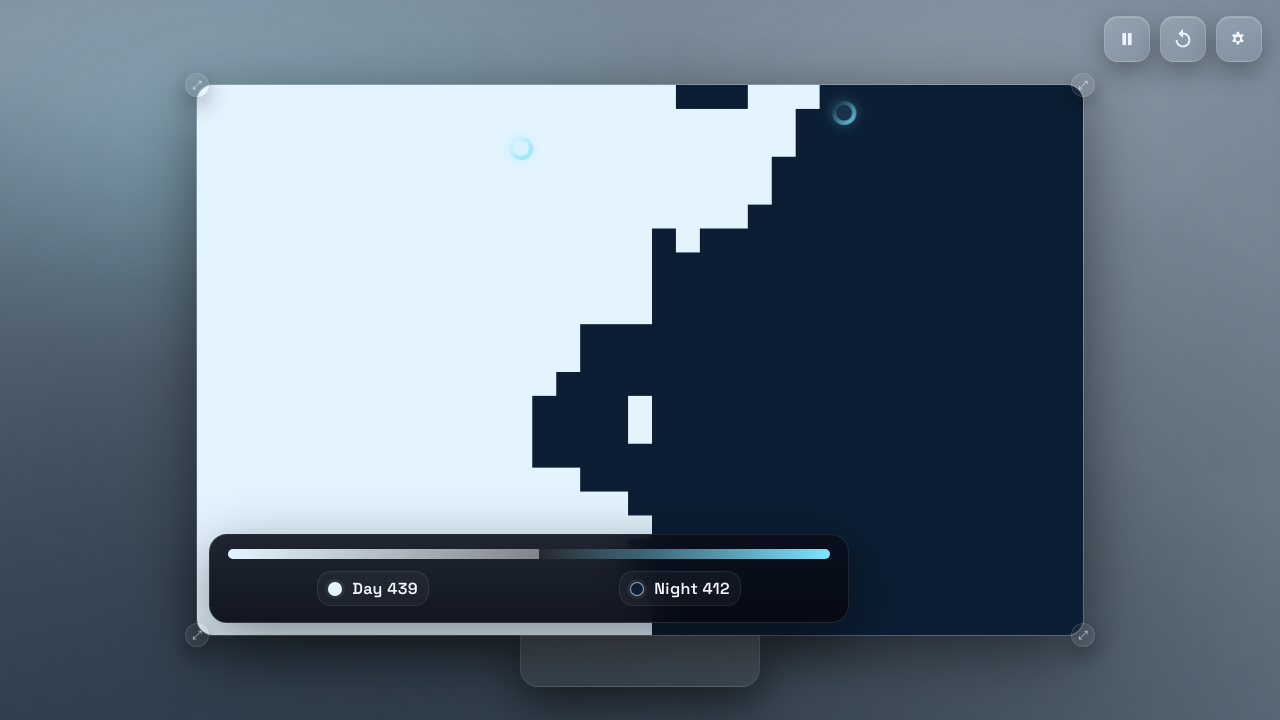
Repository: trevor050/pong
Page: index.html
An editor plug-in stored every save of this project. The page is shown before and after a run of saves, followed by the edit.
The browser window is 1280 px wide. The pictures show the whole page.

Above is the page before, as saved 2025-12-07 00:06:05.

### index.html
<!DOCTYPE html>
<html lang="en">
<head>
  <meta charset="UTF-8">
  <meta name="viewport" content="width=device-width, initial-scale=1.0">
  <title>Day / Nite Drift</title>
  <meta name="description" content="A calmer Pong Wars loop made for second screens.">
  <meta name="theme-color" content="#0b3a67">
  <meta name="mobile-web-app-capable" content="yes">
  <meta name="apple-mobile-web-app-capable" content="yes">
  <link rel="preconnect" href="https://fonts.googleapis.com">
  <link rel="preconnect" href="https://fonts.gstatic.com" crossorigin>
  <link href="https://fonts.googleapis.com/css2?family=Space+Grotesk:wght@400;500;600&family=Manrope:wght@400;600&display=swap" rel="stylesheet">
  <link rel="stylesheet" href="styles.css">
</head>
<body>
  <div class="bg"></div>
  <div class="chrome-controls" id="chromeControls">
    <button id="playPauseBtn" class="glass-icon" data-state="playing" aria-label="Pause" title="Pause">
      <svg class="icon-svg icon-play" viewBox="0 0 24 24" aria-hidden="true"><path d="M7 5.5v13l11-6.5L7 5.5Z" /></svg>
      <svg class="icon-svg icon-pause" viewBox="0 0 24 24" aria-hidden="true"><path d="M7 5.5h4v13H7zm6 0h4v13h-4z" /></svg>
    </button>
    <button id="resetBtn" class="glass-icon" aria-label="Reset simulation" title="Reset simulation">
      <svg class="icon-svg" viewBox="0 0 24 24" aria-hidden="true"><path d="M12 5V1L7 6l5 5V7c3.31 0 6 2.69 6 6s-2.69 6-6 6-6-2.69-6-6H4c0 4.42 3.58 8 8 8s8-3.58 8-8-3.58-8-8-8z"/></svg>
    </button>
    <button id="configBtn" class="glass-icon" aria-label="Open settings" title="Settings">
      <svg class="icon-svg" viewBox="0 0 24 24" aria-hidden="true"><path d="M9.5 4.3 9 6.7a5.9 5.9 0 0 0-1.2.7L5.8 6.4 4.5 8.7l1.9 1.4a5.7 5.7 0 0 0-.1 1 5.7 5.7 0 0 0 .1 1l-1.9 1.4 1.3 2.3 2-.9c.4.3.8.5 1.2.7l.5 2.4h2.6l.5-2.4c.4-.2.8-.4 1.2-.7l2 .9 1.3-2.3-1.9-1.4a5.7 5.7 0 0 0 .1-1 5.7 5.7 0 0 0-.1-1l1.9-1.4-1.3-2.3-2 .9c-.4-.3-.8-.5-1.2-.7L12.1 4h-2.6Zm1.3 5.2a2.5 2.5 0 1 1 0 5 2.5 2.5 0 0 1 0-5Z" /></svg>
    </button>
  </div>
  <main class="shell">
    <div class="canvas-frame" id="canvasFrame">
      <canvas id="gameCanvas" width="720" height="720"></canvas>
      <button class="fullscreen-hint" id="fullscreenHint" title="Enter fullscreen" aria-label="Enter fullscreen">
        <span class="hint-icon">⤢</span> <span class="hint-text">Fullscreen</span> <span class="hint-dismiss">✕</span>
      </button>
      <div class="score-notch" id="scoreNotch">
        <div class="score-notch__bar">
          <div class="score-notch__day"></div>
          <div class="score-notch__night"></div>
        </div>
        <div class="score-notch__labels">
          <span class="score-pair">
            <span class="pill pill--day" aria-hidden="true"></span>
            <span class="score" id="dayScoreLabel">Day 0</span>
          </span>
          <span class="score-pair">
            <span class="pill pill--night" aria-hidden="true"></span>
            <span class="score" id="nightScoreLabel">Night 0</span>
          </span>
        </div>
      </div>
      <div class="drag-handle corner-handle corner-handle--tl" data-corner="tl"></div>
      <div class="drag-handle corner-handle corner-handle--tr" data-corner="tr"></div>
      <div class="drag-handle corner-handle corner-handle--bl" data-corner="bl"></div>
      <div class="drag-handle corner-handle corner-handle--br" data-corner="br"></div>
    </div>
  </main>

  <div class="drawer-overlay" id="drawerOverlay" aria-hidden="true"></div>
  <aside class="drawer" id="configPanel" aria-label="Settings">
    <div class="drawer__header">
      <div>
        <p class="eyebrow">Settings</p>
        <h2>Dial it in</h2>
      </div>
      <button id="closeConfig" class="icon-btn" aria-label="Close settings" title="Close">×</button>
    </div>

    <div class="drawer__quick">
      <button id="drawerPlayPause" class="chip">Pause</button>
      <button id="drawerReset" class="chip">Reset</button>
      <button id="drawerFullscreen" class="chip">Fullscreen</button>
    </div>

    <label class="field">
      <span>Preset</span>
      <select id="themeSelect"></select>
    </label>

    <div class="field grid">
      <label>
        <span>Day</span>
        <input type="color" id="dayColorInput" value="#e4f4ff">
      </label>
      <label>
        <span>Night</span>
        <input type="color" id="nightColorInput" value="#0b1e33">
      </label>
    </div>

    <div class="field slider-field" title="Tile size / density">
      <div>
        <span>Tile size</span>
        <small id="tileSizeValue">22px</small>
      </div>
      <input type="range" id="tileSizeInput" min="0" max="100" step="1" value="45">
    </div>

    <div class="field slider-field" title="Overall speed mood (lofi → push)">
      <div>
        <span>Speed mood</span>
        <small id="speedValue">1.00x</small>
      </div>
      <input type="range" id="speedInput" min="0" max="100" step="1" value="40">
    </div>

    <div class="field slider-field" title="Chaos / wobble: more randomness to motion">
      <div>
        <span>Chaos / wobble</span>
        <small id="chaosValue">0.14</small>
      </div>
      <input type="range" id="chaosInput" min="0" max="100" step="1" value="40">
    </div>

        <div class="field">
      <span>Ball style</span>
      <select id="ballStyleSelect">
        <option value="ring">Simple Ring</option>
        <option value="solid">Solid Fill</option>
        <option value="design">Cool Design</option>
        <option value="artsy">Artsy Ghost</option>
      </select>
    </div>

    <div class="drawer__actions">
      <button id="scatterBtn" class="chip">Scatter start</button>
      <button id="swapSidesBtn" class="chip">Swap sides</button>
    </div>
  </aside>

  <script src="script.js" defer></script>
</body>
</html>

### styles.css
:root {
  --day: #f7f2e9;
  --night: #0b3a67;
  --accent: #f08c42;
  --ink: #0c1224;
  --muted: #9aa3b2;
  --panel: rgba(8, 12, 22, 0.78);
  --frost: rgba(255, 255, 255, 0.08);
  --frost-strong: rgba(255, 255, 255, 0.12);
  --radius: 16px;
  --glow: 0 16px 44px rgba(0, 0, 0, 0.5);
}

*,
*::before,
*::after {
  box-sizing: border-box;
}

body {
  margin: 0;
  min-height: 100vh;
  font-family: "Space Grotesk", "Manrope", system-ui, -apple-system, sans-serif;
  background: radial-gradient(120% 120% at 12% 10%, #0c1526, #050911 55%, #03070f 100%);
  color: #e9edf5;
  overflow: hidden;
}

.bg {
  position: fixed;
  inset: 0;
  pointer-events: none;
  background: radial-gradient(80% 70% at 18% 12%, rgba(255, 255, 255, 0.12), transparent 42%),
    radial-gradient(70% 70% at 78% 10%, rgba(255, 255, 255, 0.08), transparent 38%),
    radial-gradient(120% 120% at 50% 82%, rgba(0, 0, 0, 0.45), transparent 78%);
  opacity: 0.8;
}

.chrome-controls {
  position: fixed;
  top: 16px;
  right: 18px;
  display: flex;
  gap: 10px;
  z-index: 10;
  align-items: center;
}

.chrome-controls::before {
  content: "";
  position: absolute;
  inset: -10px -18px -10px -28px;
  border-radius: 22px 0 22px 22px;
  background: linear-gradient(120deg, rgba(255, 255, 255, 0.07), rgba(255, 255, 255, 0.02));
  border: 1px solid rgba(255, 255, 255, 0.12);
  box-shadow: var(--glow);
  opacity: 0;
  transition: opacity 120ms ease, transform 120ms ease;
  transform: translateY(4px);
  pointer-events: none;
}

.chrome-controls.hidden {
  opacity: 0;
  pointer-events: none;
}

.is-immersive .chrome-controls {
  right: 28px;
  top: 20px;
}

.is-immersive .chrome-controls::before {
  opacity: 1;
  transform: translateY(0);
  inset: -14px -24px -14px -44px;
  border-radius: 24px 0 20px 24px;
  background: linear-gradient(120deg, rgba(0, 0, 0, 0.35), rgba(255, 255, 255, 0.06));
  border-color: rgba(255, 255, 255, 0.16);
}

.shell {
  display: grid;
  place-items: center;
  padding: 24px;
  height: 100vh;
}

.canvas-frame {
  position: relative;
  border-radius: var(--radius);
  background: linear-gradient(150deg, rgba(255, 255, 255, 0.06), rgba(255, 255, 255, 0.02));
  border: 1px solid rgba(255, 255, 255, 0.08);
  backdrop-filter: blur(10px) saturate(120%);
  box-shadow: 0 18px 60px rgba(0, 0, 0, 0.48), inset 0 1px 0 rgba(255, 255, 255, 0.05);
  overflow: visible;
  display: flex;
  align-items: center;
  justify-content: center;
  min-width: 420px;
  min-height: 420px;
  max-width: calc(100vw - 48px);
  max-height: calc(100vh - 48px);
  isolation: isolate;
}

.canvas-frame::after {
  content: "";
  position: absolute;
  left: 50%;
  transform: translateX(-50%);
  bottom: -52px;
  width: 240px;
  height: 52px;
  border-radius: 0 0 18px 18px;
  background: linear-gradient(180deg, rgba(255, 255, 255, 0.12), rgba(255, 255, 255, 0.04));
  border: 1px solid rgba(255, 255, 255, 0.08);
  box-shadow: var(--glow);
  filter: drop-shadow(0 14px 32px rgba(0, 0, 0, 0.3));
  pointer-events: none;
  z-index: 0;
}

canvas {
  width: 100%;
  height: 100%;
  display: block;
  image-rendering: crisp-edges;
  border-radius: var(--radius);
  position: relative;
  z-index: 1;
}

.score-notch {
  position: absolute;
  left: 50%;
  transform: translateX(-50%);
  bottom: -32px;
  width: 86%;
  max-width: 640px;
  background: linear-gradient(180deg, rgba(10, 14, 26, 0.9), rgba(6, 10, 20, 0.95));
  border: 1px solid rgba(255, 255, 255, 0.1);
  border-radius: 28px;
  padding: 14px 18px 16px;
  box-shadow: 0 18px 60px rgba(0, 0, 0, 0.45);
  backdrop-filter: blur(16px) saturate(130%);
  z-index: 2;
}

.score-notch::before {
  content: "";
  position: absolute;
  top: -14px;
  left: 50%;
  transform: translateX(-50%);
  width: 44%;
  min-width: 210px;
  height: 16px;
  border-radius: 12px 12px 0 0;
  background: linear-gradient(180deg, rgba(255, 255, 255, 0.14), rgba(255, 255, 255, 0.06));
  border-left: 1px solid rgba(255, 255, 255, 0.14);
  border-right: 1px solid rgba(255, 255, 255, 0.14);
  box-shadow: 0 -6px 12px rgba(255, 255, 255, 0.04), 0 12px 28px rgba(0, 0, 0, 0.4);
}

.score-notch.overlay {
  left: 12px;
  right: 12px;
  transform: none;
  bottom: 12px;
  width: auto;
  border-radius: 18px;
}

.score-notch.overlay::before {
  display: none;
}

.is-immersive .canvas-frame::after {
  display: none;
}

.is-immersive .score-notch {
  position: fixed;
  left: 50%;
  transform: translateX(-50%);
  bottom: 24px;
  width: min(860px, 86vw);
  max-width: none;
  border-radius: 20px;
  box-shadow: 0 14px 48px rgba(0, 0, 0, 0.45);
}

.is-immersive .score-notch::before {
  display: none;
}

.is-immersive .score-notch.overlay {
  bottom: 16px;
}

.is-immersive .score-notch__labels {
  justify-content: space-between;
}

.is-immersive .score-notch__bar {
  height: 8px;
}

.score-notch__bar {
  position: relative;
  height: 10px;
  border-radius: 999px;
  overflow: hidden;
  background: rgba(255, 255, 255, 0.08);
  margin-bottom: 12px;
}

.score-notch__day,
.score-notch__night {
  position: absolute;
  top: 0;
  bottom: 0;
}

.score-notch__day {
  left: 0;
  background: linear-gradient(90deg, var(--day), rgba(255, 255, 255, 0.4));
}

.score-notch__night {
  right: 0;
  background: linear-gradient(90deg, rgba(0, 0, 0, 0.2), var(--accent));
}

.score-notch__labels {
  display: flex;
  justify-content: space-around;
  align-items: center;
  gap: 12px;
}

.score {
  font-weight: 600;
  letter-spacing: 0.35px;
  color: #f5f8ff;
}

.score-pair {
  display: inline-flex;
  align-items: center;
  gap: 10px;
  padding: 6px 10px;
  border-radius: 14px;
  background: rgba(255, 255, 255, 0.04);
  border: 1px solid rgba(255, 255, 255, 0.08);
}

.pill {
  width: 14px;
  height: 14px;
  border-radius: 50%;
  border: 1px solid rgba(255, 255, 255, 0.6);
  box-shadow: 0 0 0 3px rgba(255, 255, 255, 0.06);
}

.pill--day {
  background: var(--day);
}

.pill--night {
  background: var(--night);
}

.chip {
  border: 1px solid rgba(255, 255, 255, 0.15);
  background: rgba(255, 255, 255, 0.04);
  color: #f9fbff;
  padding: 8px 12px;
  border-radius: 999px;
  font-weight: 600;
  letter-spacing: 0.2px;
  cursor: pointer;
  box-shadow: 0 10px 24px rgba(0, 0, 0, 0.28);
}

.chip--accent {
  background: var(--accent);
  color: #0d0f1a;
  border: none;
}

.glass-icon {
  width: 46px;
  height: 46px;
  border-radius: 14px;
  border: 1px solid rgba(255, 255, 255, 0.18);
  background: linear-gradient(150deg, rgba(255, 255, 255, 0.18), rgba(255, 255, 255, 0.06));
  color: #f6f8ff;
  box-shadow: 0 10px 26px rgba(0, 0, 0, 0.3), inset 0 1px 0 rgba(255, 255, 255, 0.2);
  backdrop-filter: blur(12px) saturate(120%);
  display: grid;
  place-items: center;
  cursor: pointer;
  transition: transform 120ms ease, box-shadow 120ms ease, border-color 120ms ease;
}

.glass-icon--accent {
  background: linear-gradient(150deg, rgba(240, 140, 66, 0.4), rgba(255, 255, 255, 0.08));
  border-color: rgba(240, 140, 66, 0.5);
  color: #0f0c11;
}

.glass-icon.is-active {
  box-shadow: 0 12px 30px rgba(0, 0, 0, 0.4);
  border-color: rgba(255, 255, 255, 0.3);
}

.glass-icon:hover {
  transform: translateY(-1px);
  box-shadow: 0 14px 30px rgba(0, 0, 0, 0.34);
}

.glass-icon:active {
  transform: translateY(0);
}

.icon-svg {
  width: 22px;
  height: 22px;
  fill: currentColor;
  opacity: 0.94;
}

#playPauseBtn[data-state="playing"] .icon-play {
  display: none;
}

#playPauseBtn[data-state="paused"] .icon-pause {
  display: none;
}

body.drawer-open #chromeControls {
  opacity: 0;
  pointer-events: none;
}

.drawer {
  position: fixed;
  top: 0;
  right: -360px;
  width: 320px;
  height: 100vh;
  padding: 18px 18px 22px;
  background: var(--panel);
  backdrop-filter: blur(14px) saturate(120%);
  border-left: 1px solid rgba(255, 255, 255, 0.08);
  box-shadow: -8px 0 30px rgba(0, 0, 0, 0.35);
  display: flex;
  flex-direction: column;
  gap: 12px;
  transition: right 0.18s ease-out;
  z-index: 9;
}

.drawer-overlay {
  position: fixed;
  inset: 0;
  background: rgba(0, 0, 0, 0.36);
  backdrop-filter: blur(4px);
  opacity: 0;
  pointer-events: none;
  transition: opacity 0.18s ease-out;
  z-index: 8;
}

.drawer-overlay.visible {
  opacity: 1;
  pointer-events: auto;
}

.drawer__quick {
  display: grid;
  grid-template-columns: repeat(3, minmax(0, 1fr));
  gap: 8px;
}

.drawer.open {
  right: 0;
}

.drawer__header {
  display: flex;
  justify-content: space-between;
  align-items: center;
  gap: 10px;
}

.eyebrow {
  text-transform: uppercase;
  letter-spacing: 1.2px;
  font-size: 11px;
  color: var(--muted);
  margin: 0 0 4px;
}

h2 {
  margin: 0;
  font-weight: 600;
  letter-spacing: 0.2px;
}

.field {
  display: flex;
  flex-direction: column;
  gap: 8px;
}

.field + .field {
  margin-top: 6px;
}

.field span {
  color: #f4f5f7;
  font-weight: 600;
}

.field small {
  color: var(--muted);
}

.field.grid {
  display: grid;
  grid-template-columns: repeat(2, minmax(0, 1fr));
  gap: 10px;
}

.field.grid label {
  gap: 10px;
  padding-top: 6px;
}

input[type="color"],
select,
input[type="range"] {
  width: 100%;
  border-radius: 10px;
  border: 1px solid rgba(255, 255, 255, 0.1);
  background: rgba(255, 255, 255, 0.04);
  color: #f8f9fb;
  padding: 10px;
  font: inherit;
}

input[type="color"] {
  padding: 4px;
  height: 44px;
}

select {
  cursor: pointer;
}

.slider-field input[type="range"] {
  -webkit-appearance: none;
  appearance: none;
  height: 12px;
  background: rgba(255, 255, 255, 0.1);
  border-radius: 999px;
  padding: 0;
}

.slider-field input[type="range"]::-webkit-slider-thumb {
  -webkit-appearance: none;
  appearance: none;
  width: 20px;
  height: 20px;
  border-radius: 50%;
  background: var(--accent);
  border: 2px solid #0c1224;
  cursor: pointer;
}

.slider-field input[type="range"]::-moz-range-thumb {
  width: 20px;
  height: 20px;
  border-radius: 50%;
  background: var(--accent);
  border: 2px solid #0c1224;
  cursor: pointer;
}

.drawer__actions {
  display: flex;
  gap: 8px;
  margin-top: auto;
}

.icon-btn {
  width: 32px;
  height: 32px;
  border-radius: 10px;
  border: 1px solid rgba(255, 255, 255, 0.18);
  background: rgba(255, 255, 255, 0.06);
  color: #f9fafc;
  font-size: 20px;
  cursor: pointer;
  box-shadow: 0 8px 22px rgba(0, 0, 0, 0.28);
}

.drag-handle {
  position: absolute;
  background: transparent;
  z-index: 5;
}

.corner-handle {
  width: 24px;
  height: 24px;
  border-radius: 50%;
  border: 1px solid rgba(255, 255, 255, 0.12);
  background: rgba(255, 255, 255, 0.05);
  box-shadow: 0 8px 22px rgba(0, 0, 0, 0.35);
  display: grid;
  place-items: center;
}

.corner-handle::after {
  content: "⤢";
  color: rgba(255, 255, 255, 0.7);
  font-size: 12px;
  line-height: 1;
}

.corner-handle--tl {
  top: -12px;
  left: -12px;
  cursor: nwse-resize;
}

.corner-handle--tr {
  top: -12px;
  right: -12px;
  cursor: nesw-resize;
}

.corner-handle--bl {
  bottom: -12px;
  left: -12px;
  cursor: nesw-resize;
}

.corner-handle--br {
  bottom: -12px;
  right: -12px;
  cursor: nwse-resize;
}

.fullscreen-hint {
  position: absolute;
  top: 10px;
  left: 10px;
  padding: 8px 12px;
  border-radius: 14px;
  border: 1px solid rgba(255, 255, 255, 0.14);
  background: rgba(0, 0, 0, 0.5);
  color: #f4f7ff;
  font-weight: 600;
  letter-spacing: 0.2px;
  box-shadow: 0 12px 32px rgba(0, 0, 0, 0.36);
  display: flex;
  align-items: center;
  gap: 8px;
  cursor: pointer;
  opacity: 0;
  pointer-events: none;
  transition: opacity 140ms ease, transform 140ms ease;
  transform: translateY(-4px);
  z-index: 3;
}

.fullscreen-hint.visible {
  opacity: 1;
  pointer-events: auto;
  transform: translateY(0);
}

.hint-icon {
  font-size: 14px;
  opacity: 0.9;
}

.hint-text {
  font-size: 13px;
}

.hint-dismiss {
  font-size: 12px;
  opacity: 0.7;
}

.field span {
  padding-bottom: 2px;
  line-height: 1.25;
}

@media (max-width: 900px) {
  .shell {
    padding: 12px;
  }

  .canvas-frame {
    max-width: 95vw;
    max-height: 70vh;
  }

  .drawer {
    width: 100%;
    right: -100%;
  }
}

Loaded but not shown: script.js (739 lines, source omitted)

After the next 2 saves:
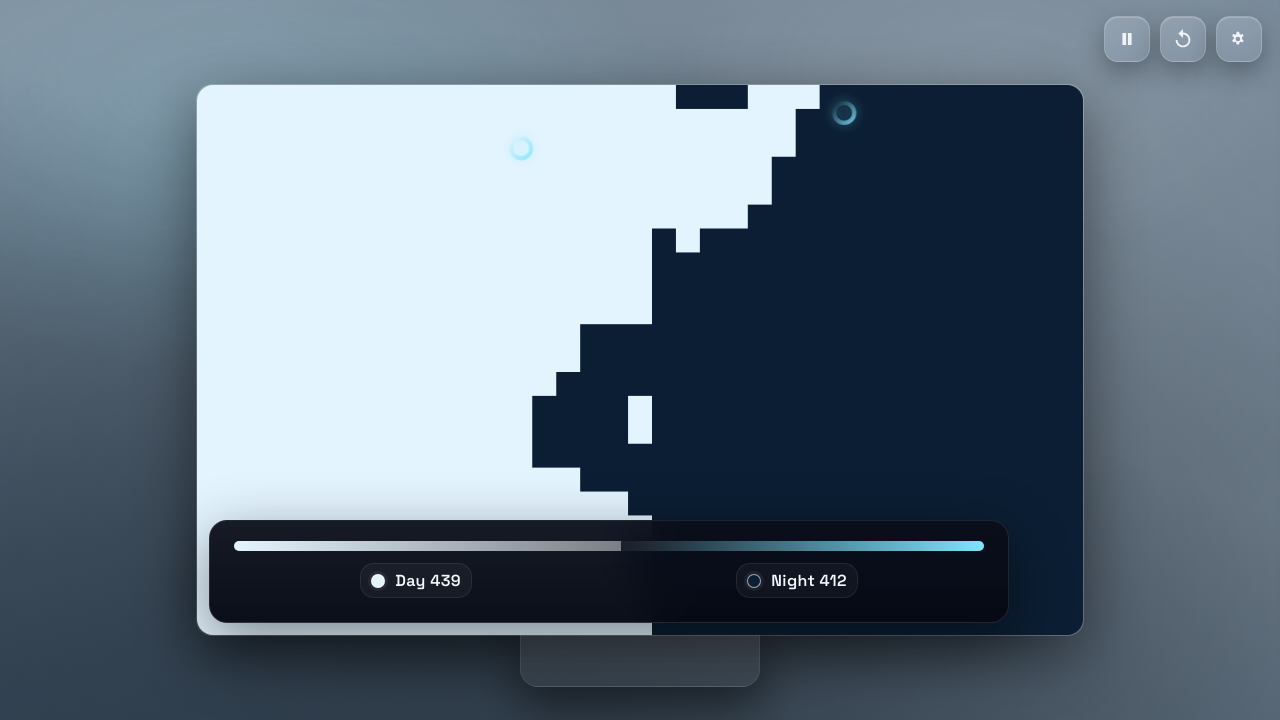
The 2 saves are shown as one change because they came seconds apart.
The last was saved 34 s later.
--- a/styles.css
+++ b/styles.css
@@ -66,17 +66,54 @@ body {
 }
 
 .is-immersive .chrome-controls {
-  right: 28px;
-  top: 20px;
+  right: 0;
+  top: 0;
+  background: #1a1a1a; /* Dark background for the notch */
+  border-bottom-left-radius: 16px;
+  padding: 8px 12px 8px 16px;
+  gap: 8px;
+  box-shadow: -4px 4px 12px rgba(0,0,0,0.3);
 }
 
 .is-immersive .chrome-controls::before {
-  opacity: 1;
-  transform: translateY(0);
-  inset: -14px -24px -14px -44px;
-  border-radius: 24px 0 20px 24px;
-  background: linear-gradient(120deg, rgba(0, 0, 0, 0.35), rgba(255, 255, 255, 0.06));
-  border-color: rgba(255, 255, 255, 0.16);
+  display: none;
+}
+
+.is-immersive .glass-icon {
+  width: 36px;
+  height: 36px;
+  border-radius: 10px;
+  background: rgba(255,255,255,0.1);
+  border: none;
+  box-shadow: none;
+}
+
+.is-immersive .icon-svg {
+  width: 18px;
+  height: 18px;
+}
+
+.is-immersive .score-notch {
+  position: fixed;
+  left: 50%;
+  transform: translateX(-50%);
+  bottom: 24px;
+  width: min(860px, 86vw);
+  max-width: none;
+  border-radius: 20px;
+  box-shadow: none;
+  background: transparent;
+  border: none;
+  backdrop-filter: none;
+}
+
+.is-immersive .score-notch__labels {
+  display: none;
+}
+
+.is-immersive .score-notch__bar {
+  height: 12px;
+  background: rgba(255, 255, 255, 0.15);
 }
 
 .shell {
@@ -136,14 +173,14 @@ canvas {
   left: 50%;
   transform: translateX(-50%);
   bottom: -32px;
-  width: 86%;
-  max-width: 640px;
-  background: linear-gradient(180deg, rgba(10, 14, 26, 0.9), rgba(6, 10, 20, 0.95));
+  width: 92%;
+  max-width: 800px;
+  background: linear-gradient(180deg, rgba(10, 14, 26, 0.95), rgba(6, 10, 20, 0.98));
   border: 1px solid rgba(255, 255, 255, 0.1);
-  border-radius: 28px;
-  padding: 14px 18px 16px;
+  border-radius: 24px 24px 32px 32px;
+  padding: 20px 24px 24px;
   box-shadow: 0 18px 60px rgba(0, 0, 0, 0.45);
-  backdrop-filter: blur(16px) saturate(130%);
+  backdrop-filter: blur(20px) saturate(130%);
   z-index: 2;
 }
 
@@ -153,10 +190,10 @@ canvas {
   top: -14px;
   left: 50%;
   transform: translateX(-50%);
-  width: 44%;
-  min-width: 210px;
+  width: 60%;
+  min-width: 300px;
   height: 16px;
-  border-radius: 12px 12px 0 0;
+  border-radius: 16px 16px 0 0;
   background: linear-gradient(180deg, rgba(255, 255, 255, 0.14), rgba(255, 255, 255, 0.06));
   border-left: 1px solid rgba(255, 255, 255, 0.14);
   border-right: 1px solid rgba(255, 255, 255, 0.14);
@@ -199,13 +236,7 @@ canvas {
   bottom: 16px;
 }
 
-.is-immersive .score-notch__labels {
-  justify-content: space-between;
-}
-
-.is-immersive .score-notch__bar {
-  height: 8px;
-}
+/* Removed .is-immersive .score-notch__labels and .is-immersive .score-notch__bar overrides as they are handled above */
 
 .score-notch__bar {
   position: relative;
@@ -276,12 +307,16 @@ canvas {
   border: 1px solid rgba(255, 255, 255, 0.15);
   background: rgba(255, 255, 255, 0.04);
   color: #f9fbff;
-  padding: 8px 12px;
+  padding: 10px 16px;
   border-radius: 999px;
   font-weight: 600;
   letter-spacing: 0.2px;
   cursor: pointer;
   box-shadow: 0 10px 24px rgba(0, 0, 0, 0.28);
+  white-space: nowrap;
+  display: flex;
+  align-items: center;
+  justify-content: center;
 }
 
 .chip--accent {
@@ -515,21 +550,19 @@ select {
 }
 
 .corner-handle {
-  width: 24px;
-  height: 24px;
+  width: 32px;
+  height: 32px;
   border-radius: 50%;
-  border: 1px solid rgba(255, 255, 255, 0.12);
-  background: rgba(255, 255, 255, 0.05);
-  box-shadow: 0 8px 22px rgba(0, 0, 0, 0.35);
+  border: none;
+  background: transparent;
+  box-shadow: none;
   display: grid;
   place-items: center;
 }
 
 .corner-handle::after {
-  content: "⤢";
-  color: rgba(255, 255, 255, 0.7);
-  font-size: 12px;
-  line-height: 1;
+  content: "";
+  display: none;
 }
 
 .corner-handle--tl {
